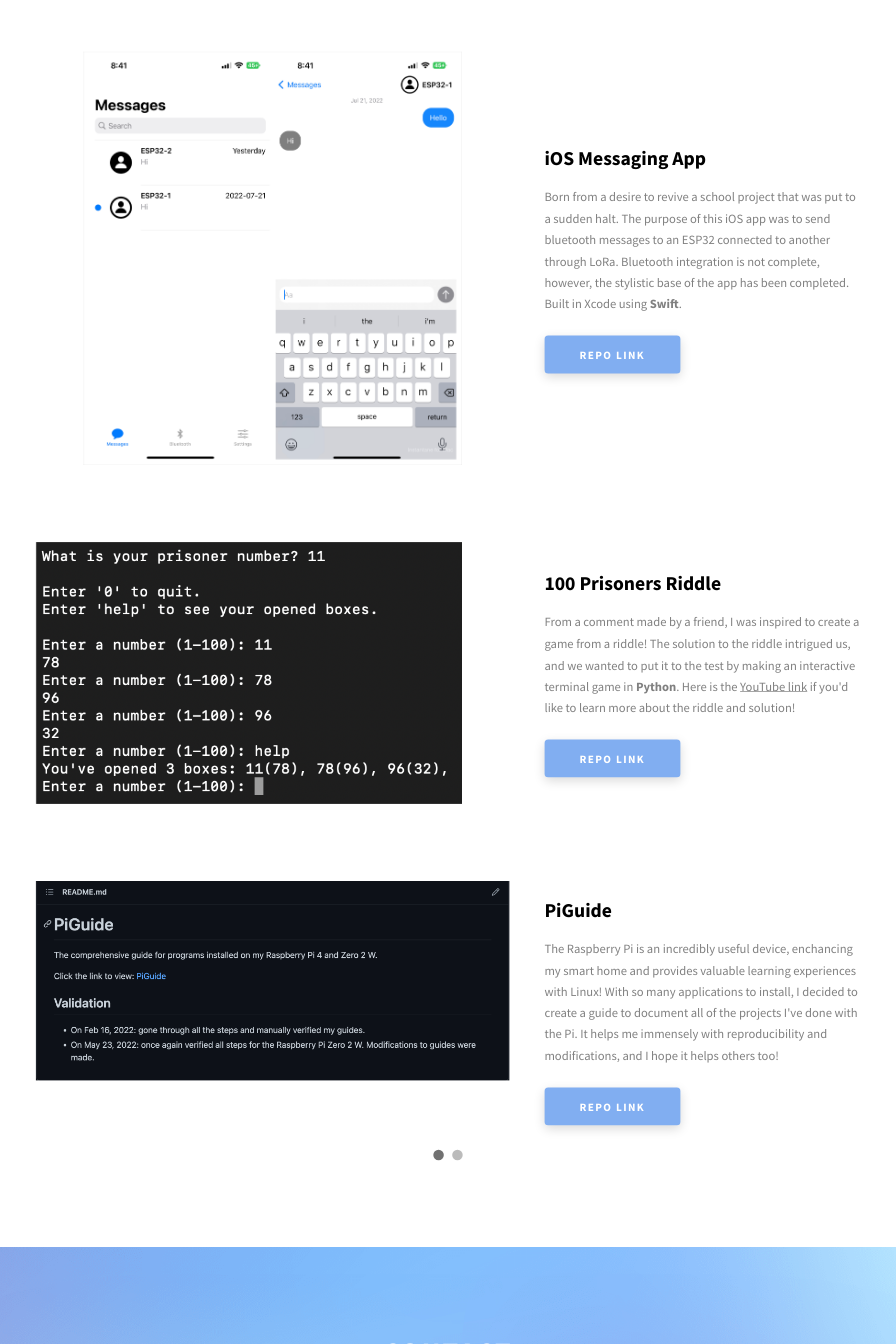
Repository: justinknguyen/Personal-Portfolio
Page: index.html
An editor plug-in stored every save of this project. The page is shown before and after the next save, followed by the edit.
The browser window is 1280 px wide. The pictures show the part of the page from y = 2729 to 4649 px (the page is 6182 px tall), at 70% of full size.
The style sheet was rebuilt from its Sass, Less or Tailwind sources for each picture, by a compiler version that may differ from the author's.

Above is the page before, as saved 2022-09-09 21:09:25.

After the next save:
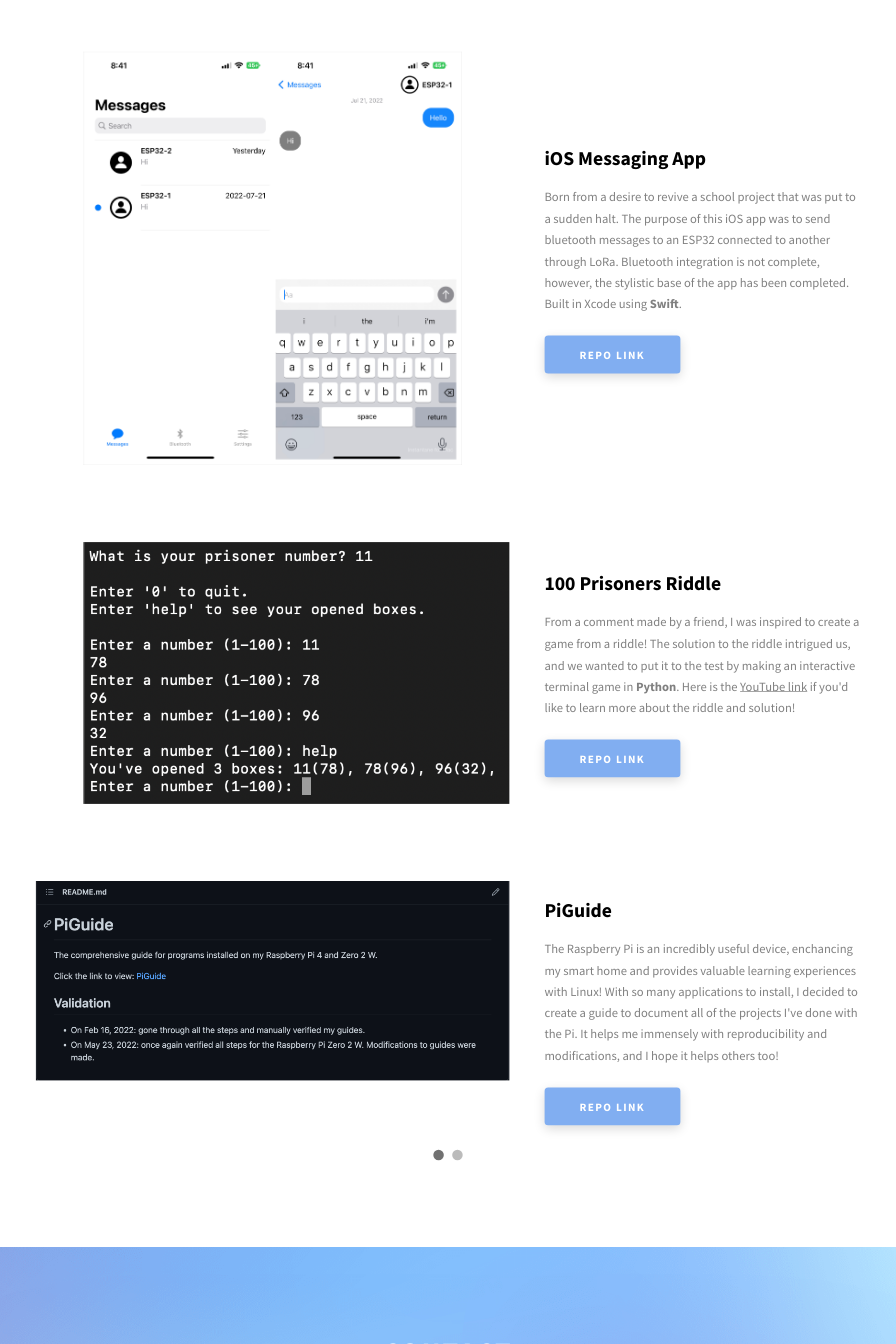
Saved 79 s later.
--- a/index.html
+++ b/index.html
@@ -289,7 +289,7 @@
                     alt="Software Screenshot"
                     class="projects__row-img"
                     loading="lazy"
-                    style="width: 90%;"
+                    style="width: 90%; position: relative; left: 10%;"
 
                   />
                 </div>
